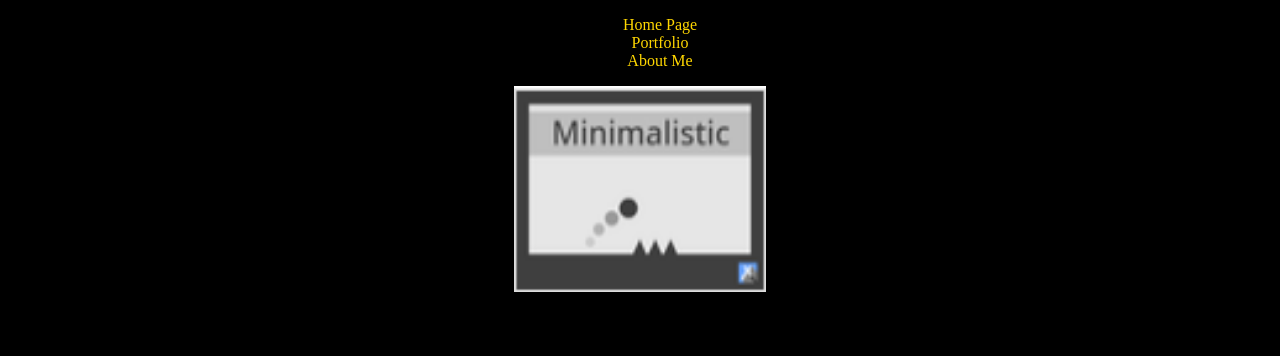
Repository: bluesyrupshed/bluesyrupshed.github.io
Page: portfolio.html
The author's editor kept a record of every edit. The page is drawn from the files as they stood at one moment, then again after the next edit.
The browser window is 1280 px wide. The pictures show the whole page.

Above is the page before.

### portfolio.html
<!DOCTYPE html>
<html>
    <head>
        <title>My Portfolio</title>
        <link rel="stylesheet" href="./styles/portfolio.css">
        <style>

        </style>


        </head>

    <body>
        <ul>
        <center><a href="index.html">Home Page</a></center>
        <center><a href="portfolio.html">Portfolio</a></center>
          <center><a href="about.html">About Me</a></center>
          </ul>
       <a href="https://scratch.mit.edu/projects/326752832/"><img src="minimalistic.PNG" height= 249px width= 306px></a>
    </body>


</html>

### styles/portfolio.css
img {
  display: block;
  margin-left: auto;
  margin-right: auto;
  width: 20%;
  height: 20%;
}

body {
    background-color: rgb(0,0,0);
    list-style: none;
}

a {
  color: #FFD700;
  text-decoration: none;
  display: block;
  margin: auto;
}

After the next edit:
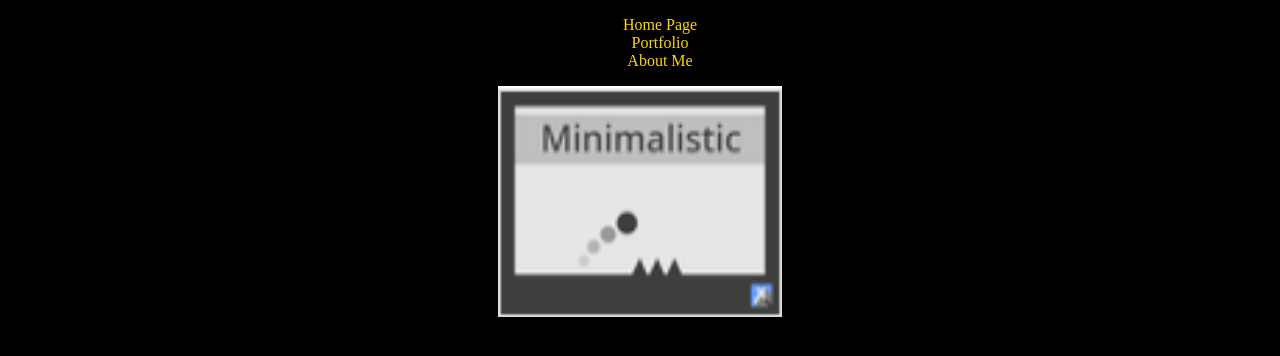
The edit:
--- a/styles/portfolio.css
+++ b/styles/portfolio.css
@@ -2,8 +2,8 @@
   display: block;
   margin-left: auto;
   margin-right: auto;
-  width: 20%;
-  height: 20%;
+  width: 22.5%;
+  height: 22.5%;
 }
 
 body {
